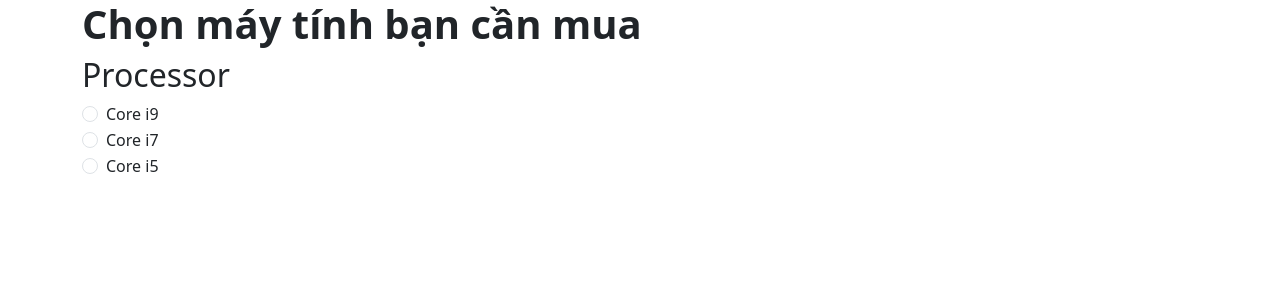
Repository: wuubangdev/bookstore-servlet-jsp
Page: http://localhost/Bai20_JSPCoban_TrangMuaHang/muaMayTinh.jsp
An editor plug-in stored every save of this project. The page is shown before and after the next save, followed by the edit.
The browser window is 1280 px wide. The pictures show the whole page.
The page is served by Tomcat 9.

Above is the page before, as saved 2024-03-19 02:48:07.

After the next save:
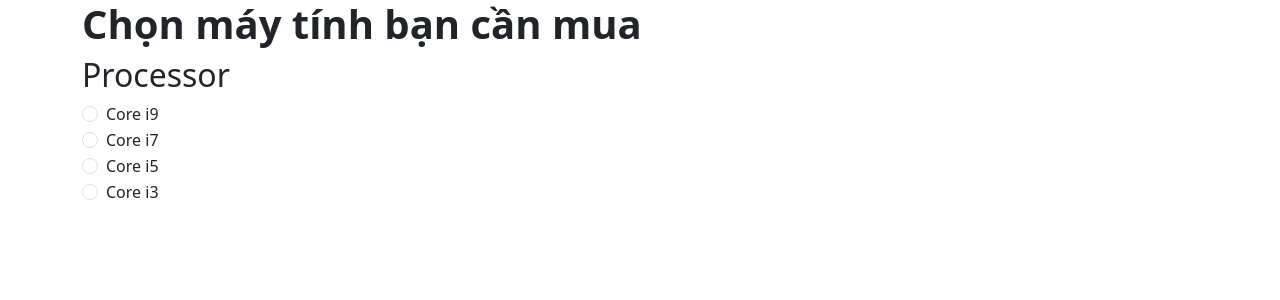
Saved 14 s later.
--- a/Bai20_JSPCoban_TrangMuaHang/src/main/webapp/muaMayTinh.jsp
+++ b/Bai20_JSPCoban_TrangMuaHang/src/main/webapp/muaMayTinh.jsp
@@ -31,6 +31,12 @@
 			   Core i5
 			  </label>
 			</div>
+			<div class="form-check">
+			  <input class="form-check-input" type="radio" name="processor" id="corei3">
+			  <label class="form-check-label" for="corei3">
+			   Core i3
+			  </label>
+			</div>
 		</form>
 	</div>
 </body>
